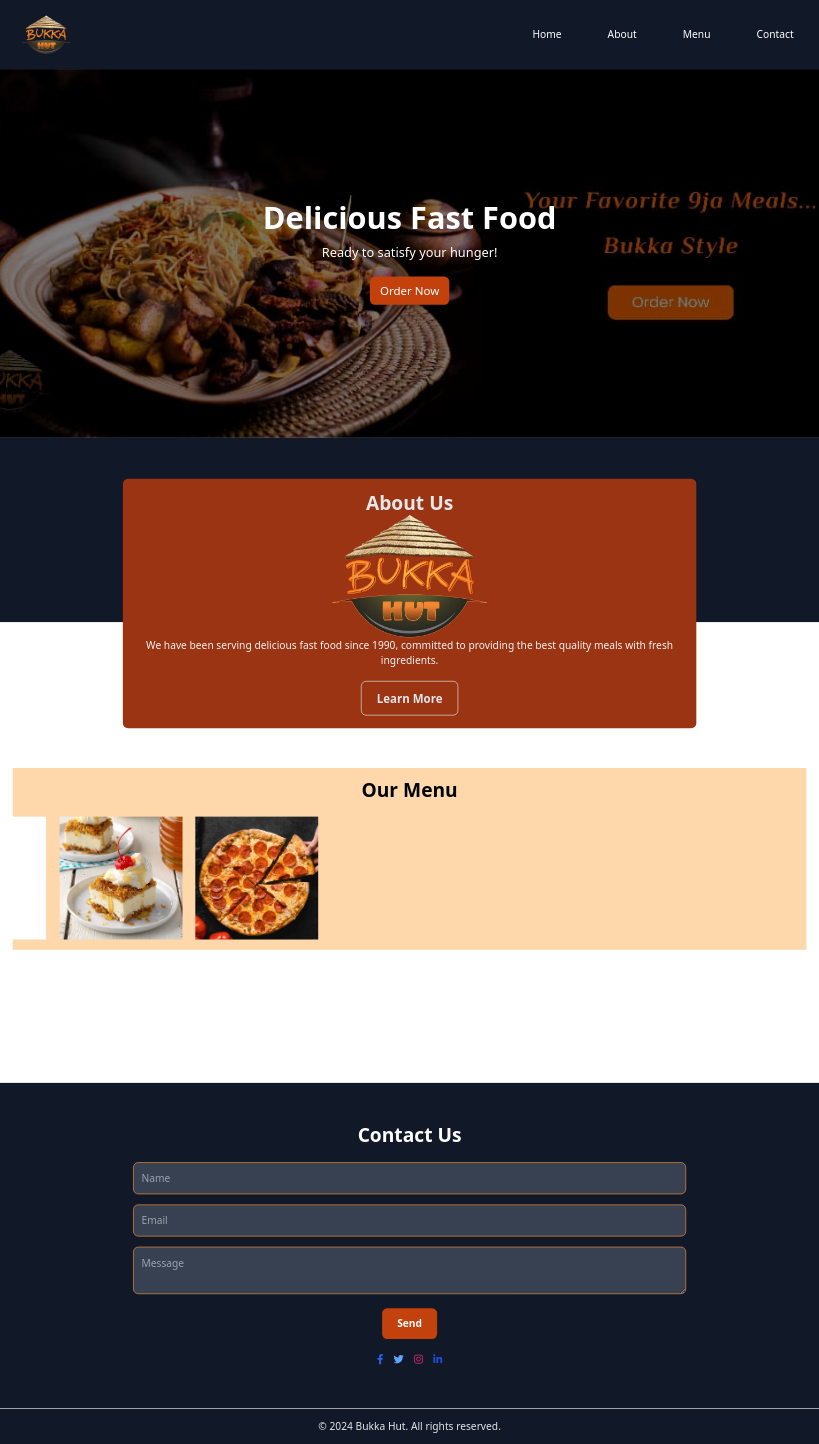
Repository: countaustin1990/BUKKAHUT
Page: INDEX.HTML
An editor plug-in stored every save of this project. The page is shown before and after the next save, followed by the edit.
The browser window is 1280 px wide. The pictures show the whole page, at 64% of full size.
Some web libraries are served in a nearby version.

Above is the page before, as saved 2024-08-24 16:14:27.
Console error: TypeError: Cannot read properties of null (reading 'addEventListener')

After the next save:
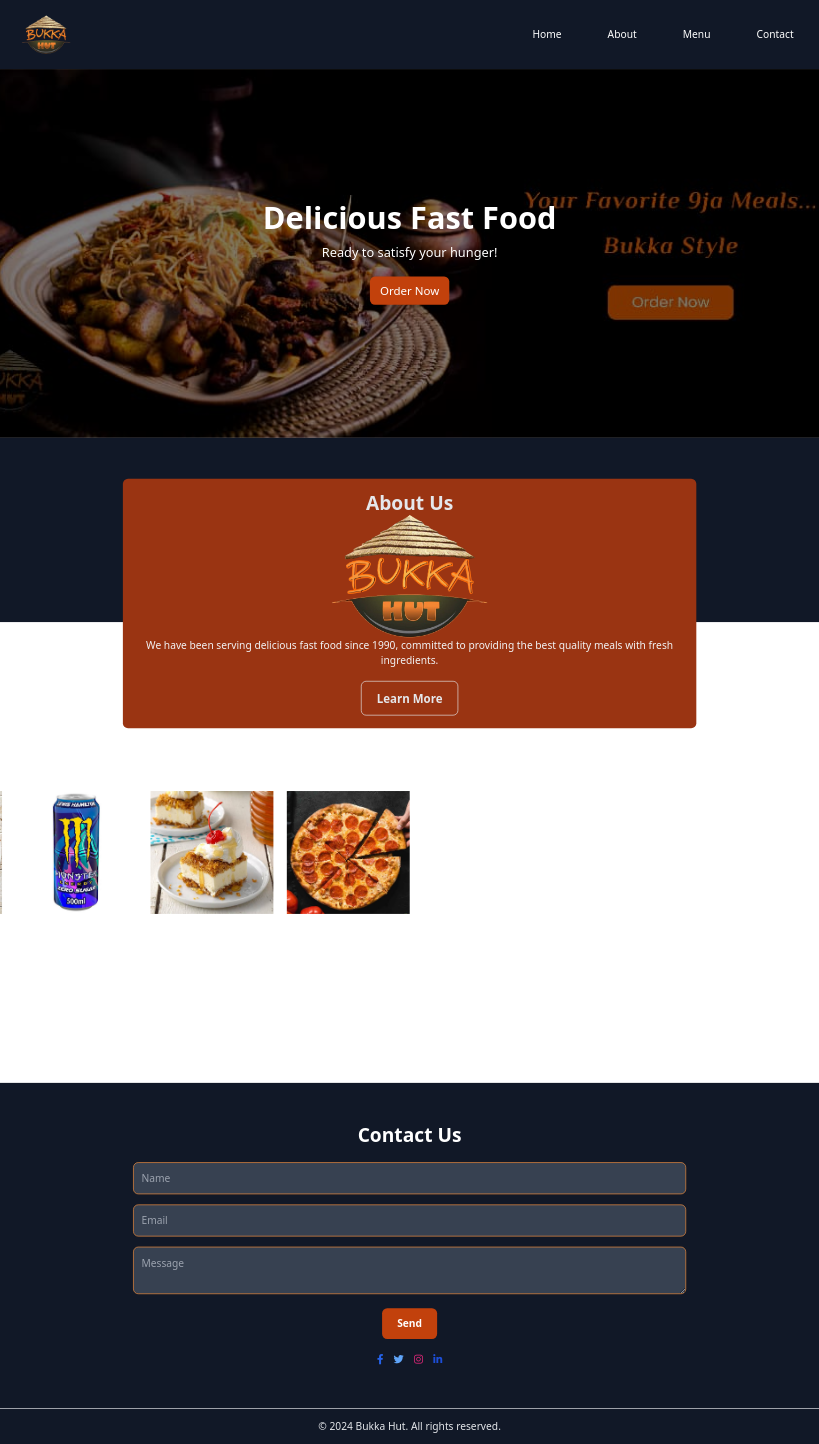
Saved 7 min 2 s later.
--- a/INDEX.HTML
+++ b/INDEX.HTML
@@ -104,7 +104,7 @@
 
 
 
-<section class="flex justify-center items-center min-h-screen p-5">
+<section class="flex justify-center items-center min-h-screen p-5 container mx-auto>
   <div class="overflow-x-auto whitespace-nowrap py-4 px-6 bg-orange-200 mt-5 container mx-auto">
     <h2 class="text-3xl text-center font-bold mb-6">Our Menu</h2>
     <div class="animate-scroll">

After the save that followed:
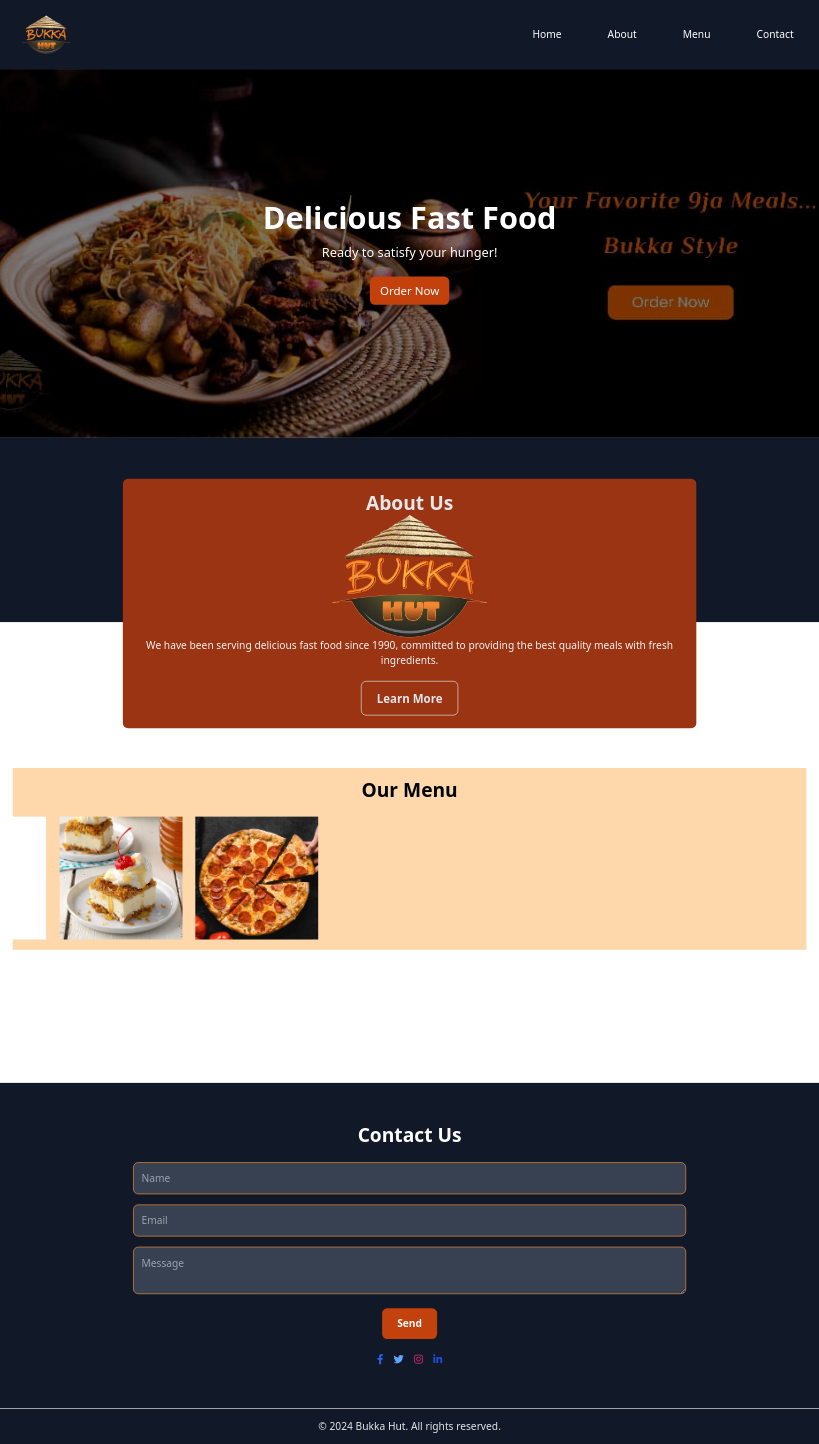
Saved 4 s later.
--- a/INDEX.HTML
+++ b/INDEX.HTML
@@ -104,7 +104,7 @@
 
 
 
-<section class="flex justify-center items-center min-h-screen p-5 container mx-auto>
+<section class="flex justify-center items-center min-h-screen p-5 container mx-auto">
   <div class="overflow-x-auto whitespace-nowrap py-4 px-6 bg-orange-200 mt-5 container mx-auto">
     <h2 class="text-3xl text-center font-bold mb-6">Our Menu</h2>
     <div class="animate-scroll">
